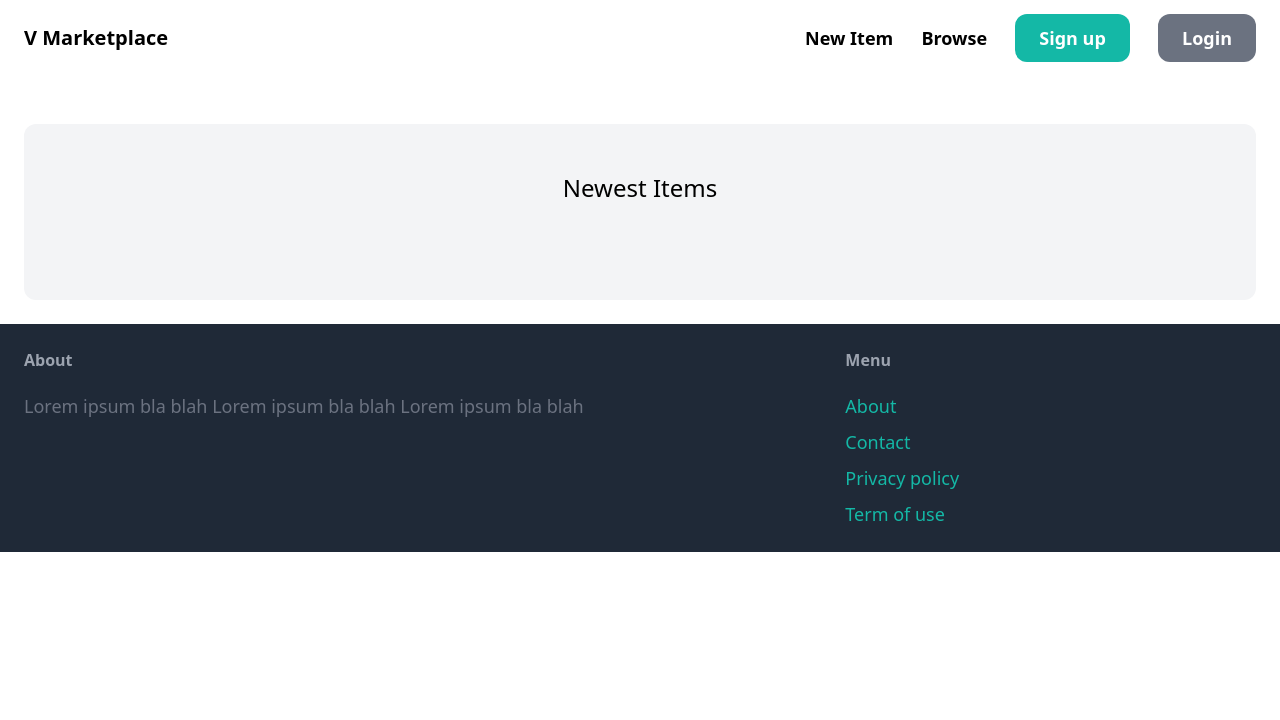
Repository: venu-369/marketplace_django
Page: marketplace/core/templates/core/index.html
An editor plug-in stored every save of this project. The page is shown before and after the next save, followed by the edit.
The browser window is 1280 px wide. The pictures show the whole page.
Some web libraries are served in a nearby version. The template is drawn by Django 4.2. The application's start-up code is not run. The template is opened directly, without the code that normally fills it, so the values that code supplies are empty.

Above is the page before, as saved 2023-02-06 15:19:01.

After the next save:
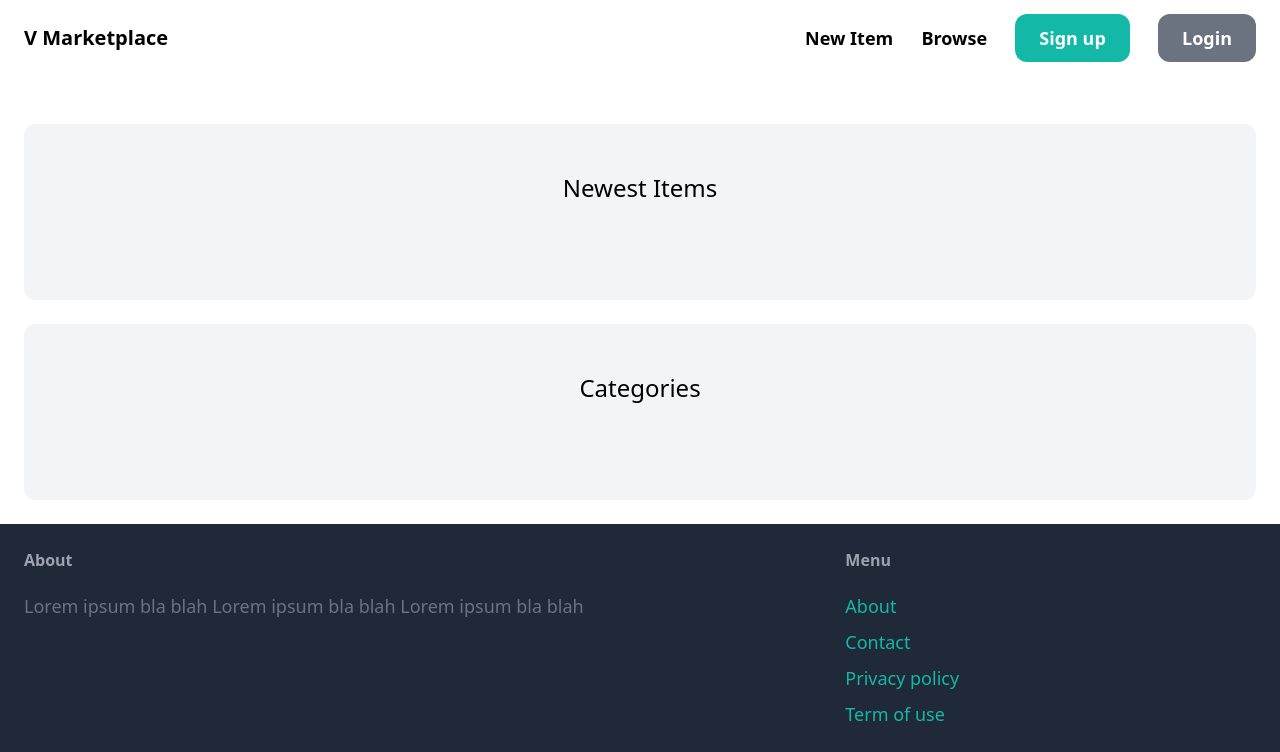
Saved 2 min 50 s later.
--- a/marketplace/core/templates/core/index.html
+++ b/marketplace/core/templates/core/index.html
@@ -26,4 +26,11 @@
            {% endfor %}
         </div>
     </div>
+
+    <div class="mt-6 px-6 py-12 bg-gray-100 rounded-xl">
+        <h2 class="mb-12 text-2xl text-center">Categories</h2>
+
+        <div class="grid grid-cols-3 gap-3">
+        </div>
+    </div>
 {% endblock %}
